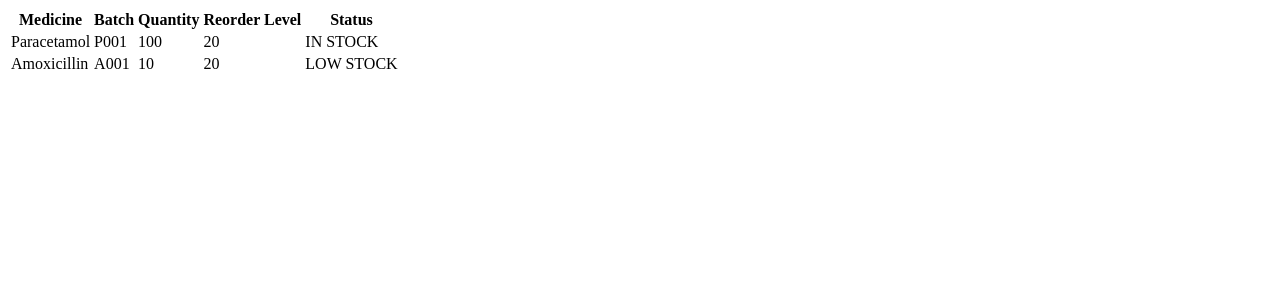
Repository: AbHiShEk200428/Medicine-Manager
Page: low_stock.html
These files come from the project's save history. The page is drawn as it stood at one moment and after a run of saves; the edit follows.
The browser window is 1280 px wide. The pictures show the whole page.

Above is the page before, as saved 2026-10-28 20:30:34.

### low_stock.html
    <div class="table-responsive">
        <table id="Inventory_Table" class="table table-hover text-center text-nowrap table-bordered align-middle">
            <thead class="table-dark">
                <tr>
                    <th scope="col">Medicine</th>
                    <th scope="col">Batch</th>
                    <th scope="col">Quantity</th>
                    <th scope="col">Reorder Level</th>
                    <th scope="col">Status</th>
                </tr>
            </thead>
            <tbody>
                <tr>
                    <td>Paracetamol</td>
                    <td>P001</td>
                    <td>100</td>
                    <td>20</td>
                    <td><span class="badge bg-success">IN STOCK</span></td>
                </tr>
                <tr>
                    <td>Amoxicillin</td>
                    <td>A001</td>
                    <td>10</td>
                    <td>20</td>
                    <td><span class="badge bg-danger">LOW STOCK</span></td>
                </tr>
            </tbody>
        </table>
    </div>

After the next 2 saves:
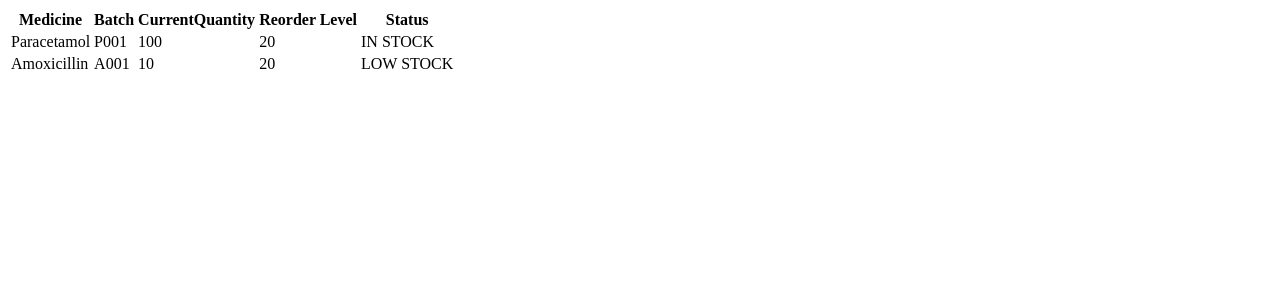
The 2 saves are shown as one change because they came seconds apart.
The last was saved 13 s later.
--- a/low_stock.html
+++ b/low_stock.html
@@ -4,7 +4,7 @@
                 <tr>
                     <th scope="col">Medicine</th>
                     <th scope="col">Batch</th>
-                    <th scope="col">Quantity</th>
+                    <th scope="col">CurrentQuantity</th>
                     <th scope="col">Reorder Level</th>
                     <th scope="col">Status</th>
                 </tr>
